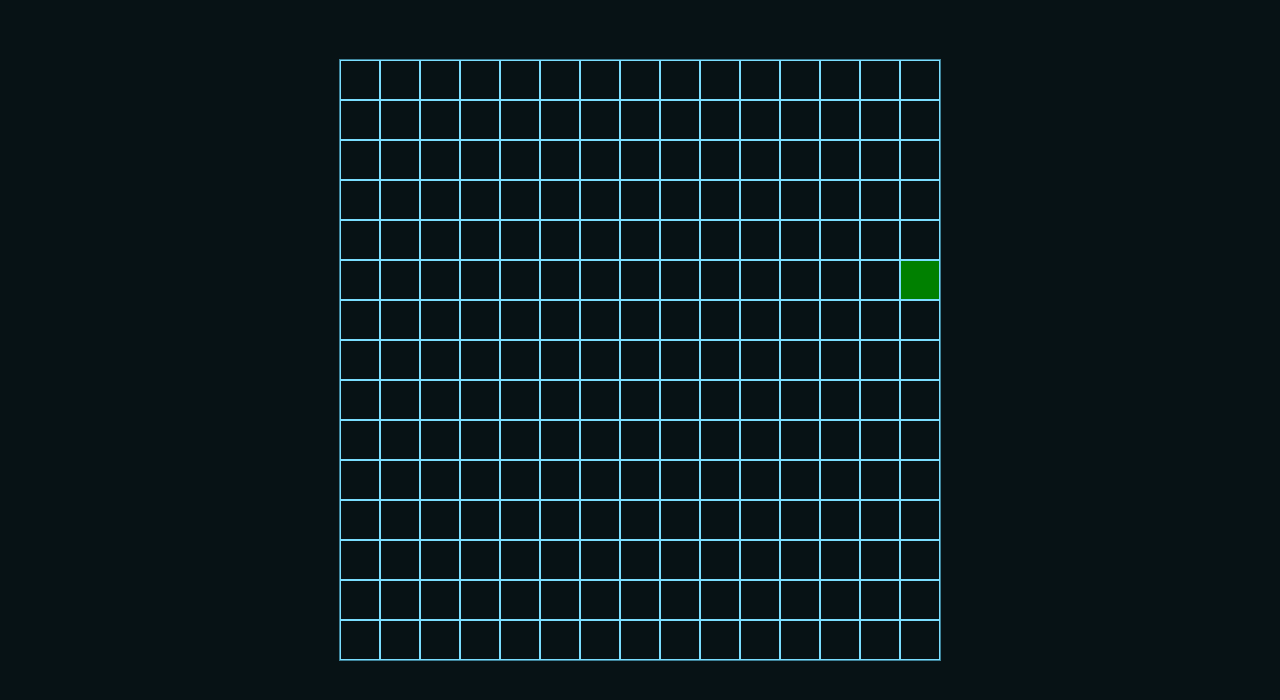
Repository: rehans-Life/linkedlist-snake-game
Page: /
The author's editor kept a copy of each file at every save. The page is drawn from the files as they stood at one save, then again after the next save.
The browser window is 1280 px wide. The pictures show the whole page.
The project was rebuilt for these pictures with package versions that can differ from the ones it lists, and the page was loaded fresh each time. The framework's server and built-in components were replaced by stand-ins that run in the browser. Also part of the build but not shown: next.config.js.

Above is the page before, as saved 2023-04-15 16:43:11.

### pages/index.js
import Head from "next/head";
import styles from "../styles/Home.module.css";
import Board from "../components/Board";

export default function Home() {
  return (
    <div className={styles.container}>
      <Head>
        <title>Linked List Snake Game</title>
        <meta name="description" content="linked list snake game" />
        <link rel="icon" href="/favicon.ico" />
      </Head>
      <Board />
    </div>
  );
}

### styles/globals.css
html,
body {
  padding: 0;
  margin: 0;
  font-family: -apple-system, BlinkMacSystemFont, Segoe UI, Roboto, Oxygen,
    Ubuntu, Cantarell, Fira Sans, Droid Sans, Helvetica Neue, sans-serif;
}

a {
  color: inherit;
  text-decoration: none;
}

* {
  box-sizing: border-box;
}

button {
  margin: 0;
  padding: 0;
}

### styles/Home.module.css
.container {
  background-color: rgb(7, 18, 21);
  height: 100vh;
  display: flex;
  align-items: center;
  justify-content: center;
}

.board {
  border: 1px solid rgb(62, 131, 154);
}

.row {
  display: flex;
  align-items: center;
  justify-content: center;
}

.cell {
  width: 40px;
  height: 40px;
  border: 1px solid rgb(123, 222, 255);
}

.snake_cell {
  background-color: green;
}

.food_cell {
  background-color: crimson;
}

### components/Board.jsx
/* eslint-disable react-hooks/exhaustive-deps */
import React, { useEffect, useState } from "react";
import styles from "../styles/Home.module.css";
import { createBoard } from "../utils";

const BOARD_SIZE = 10;

// A Class to represent each node of the linked list
class Node {
  constructor(value, row, col) {
    this.value = value;
    this.row = row;
    this.col = col;
    this.next = null;
  }
}

// A class to represent the singly linked list
class SinglyLinkedList {
  constructor(head) {
    let node = new Node(head.value, head.row, head.col);
    this.head = node;
    this.tail = node;
  }
}

const Direction = {
  UP: "UP",
  RIGHT: "RIGHT",
  DOWN: "DOWN",
  LEFT: "LEFT",
};

export default function Board() {
  const [board, setBoard] = useState(createBoard(15));

  // A set to store the values of all snake cells intially our snake will be of size
  // one cell and start from the 44th cells
  const [snakeCells, setSnakeCells] = useState(new Set([80]));

  // A linked list for our snake initally going to have only one node which
  // is at cell 44
  const [linkedlist, setLinkedList] = useState(
    new SinglyLinkedList({ value: 80, row: 5, col: 4 })
  );

  const [direction, setDirection] = useState(Direction.RIGHT);

  useEffect(() => {
    window.addEventListener("keydown", (e) => {
      handleKeyDown(e.key);
    });
    let gameStartInternal = setInterval(() => {
      setLinkedList((currLinkedList) => moveLinkedList(currLinkedList));
    }, 500);
    return () => {
      clearInterval(gameStartInternal);
    };
  }, [direction]);

  useEffect(() => {
    setSnakeCells((currSnakeCells) => moveSnakeCells(currSnakeCells));
  }, [linkedlist]);

  function handleKeyDown(key) {
    const direction = getDirectionFromKey(key);
    if (direction === "") return;
    setDirection(direction);
  }

  const getDirectionFromKey = (key) => {
    if (key === "ArrowUp") return Direction.UP;
    if (key === "ArrowRight") return Direction.RIGHT;
    if (key === "ArrowDown") return Direction.DOWN;
    if (key === "ArrowLeft") return Direction.LEFT;
    return "";
  };

  function moveLinkedList(originalLinkedlist) {
    let linkedList = copyLinkedList(originalLinkedlist);
    let currHead = linkedList.head;
    let newHead;

    if (direction === "LEFT")
      newHead = new Node(
        board[currHead.row][currHead.col - 1],
        currHead.row,
        currHead.col - 1
      );
    else if (direction === "RIGHT")
      newHead = new Node(
        board[currHead.row][currHead.col + 1],
        currHead.row,
        currHead.col + 1
      );
    else if (direction === "DOWN")
      newHead = new Node(
        board[currHead.row + 1][currHead.col],
        currHead.row + 1,
        currHead.col
      );
    else if (direction === "UP")
      newHead = new Node(
        board[currHead.row - 1][currHead.col],
        currHead.row - 1,
        currHead.col
      );
    currHead.next = newHead;
    linkedList.head = newHead;
    linkedList.tail = linkedList.tail.next;
    return linkedList;
  }

  function copyLinkedList(linkedList) {
    let node = linkedList.tail;
    let newNode = new Node(node.value, node.row, node.col);
    let newTail = newNode;
    while (node.next) {
      let next = node.next;
      let newNext = new Node(next.value, next.row, next.col);
      node = next;
      newNode = newNext;
    }
    return {
      head: newNode,
      tail: newTail,
    };
  }

  function moveSnakeCells() {
    let movedSnake = [];
    let node = linkedlist.tail;

    while (node) {
      movedSnake.push(node.value);
      node = node.next;
    }
    movedSnake.reverse();
    return new Set(movedSnake);
  }

  return (
    <div className={styles.board}>
      {board.map((row, i) => (
        <div key={i} className={styles.row}>
          {row.map((value, j) => (
            <div
              key={j}
              className={`${styles.cell} ${
                snakeCells.has(value) ? styles.snake_cell : ""
              }`}
            ></div>
          ))}
        </div>
      ))}
    </div>
  );
}

### utils.js
const randomIntInIntervel = (max, min) => {
  return Math.floor(Math.random() * (max - min + 1)) + min;
};

export const createBoard = (board_size) => {
  // All the cells which have a certain value assigned to them
  let board = [];
  let counter = 1;
  for (let i = 0; i < board_size; i++) {
    let row = [];
    for (let j = 0; j < board_size; j++) row.push(counter++);
    board.push(row);
  }
  return board;
};

Loaded but not shown: pages/_app.js (common file)

After the next save:
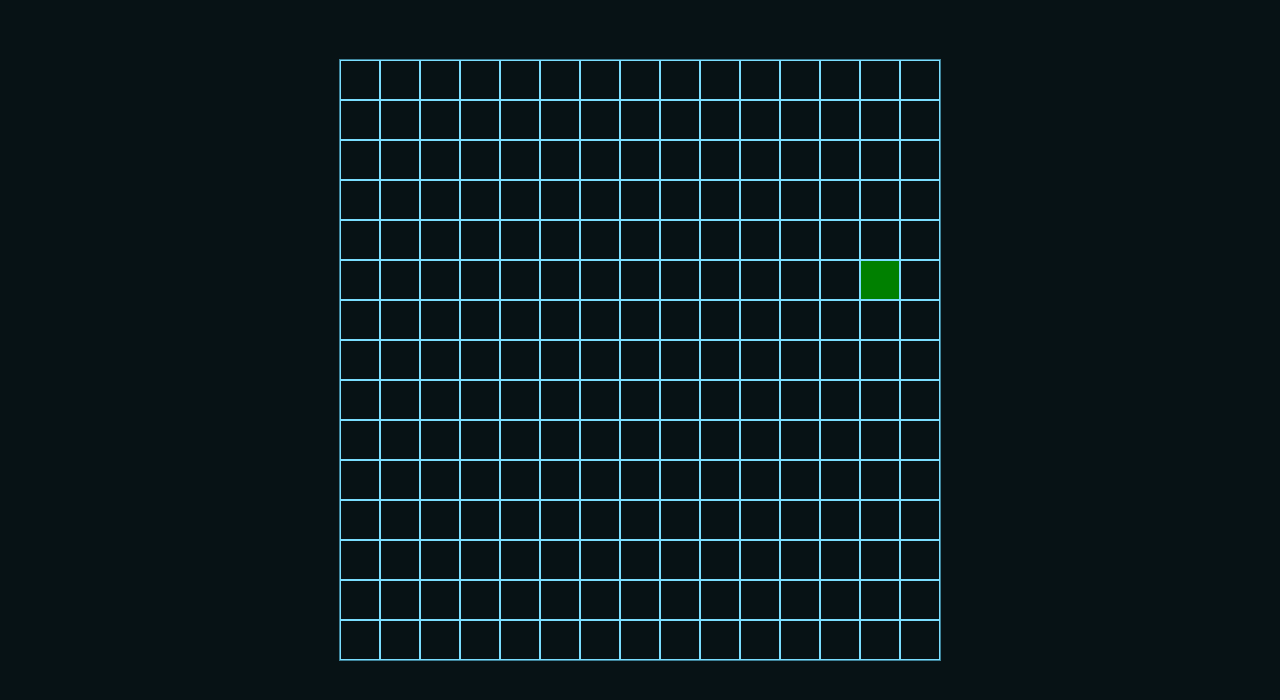
Saved 2 min 18 s later.
--- a/components/Board.jsx
+++ b/components/Board.jsx
@@ -20,7 +20,7 @@ class SinglyLinkedList {
   constructor(head) {
     let node = new Node(head.value, head.row, head.col);
     this.head = node;
-    this.tail = node;
+    this.tail = new Node(79, head.row, head.col - 1);
   }
 }
 
@@ -36,7 +36,7 @@ export default function Board() {
 
   // A set to store the values of all snake cells intially our snake will be of size
   // one cell and start from the 44th cells
-  const [snakeCells, setSnakeCells] = useState(new Set([80]));
+  const [snakeCells, setSnakeCells] = useState(new Set([80, 79]));
 
   // A linked list for our snake initally going to have only one node which
   // is at cell 44
